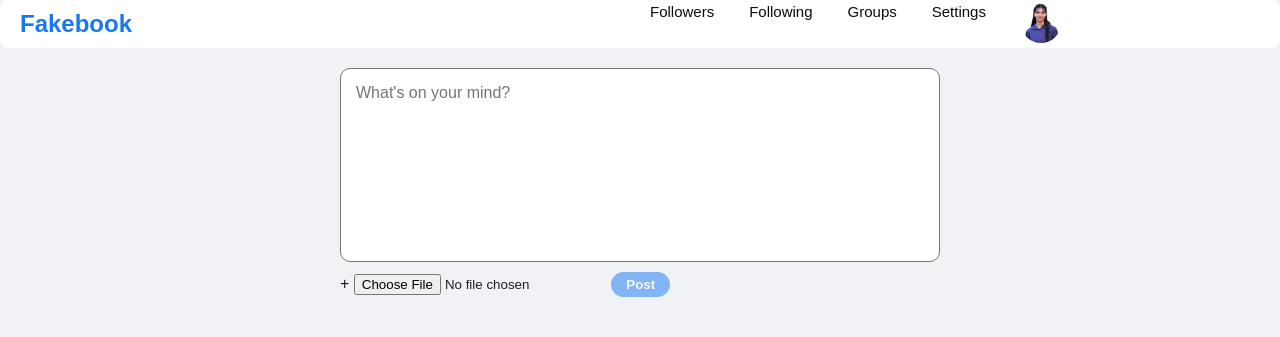
Repository: harpreetkaur2201/FAKEBOOK
Page: fakebook_profile/index.html
These files come from the project's save history. The page is drawn as it stood at one moment and after the next save; the edit follows.
The browser window is 1280 px wide. The pictures show the whole page.

Above is the page before, as saved 2025-11-14 19:56:33.

After the next save:
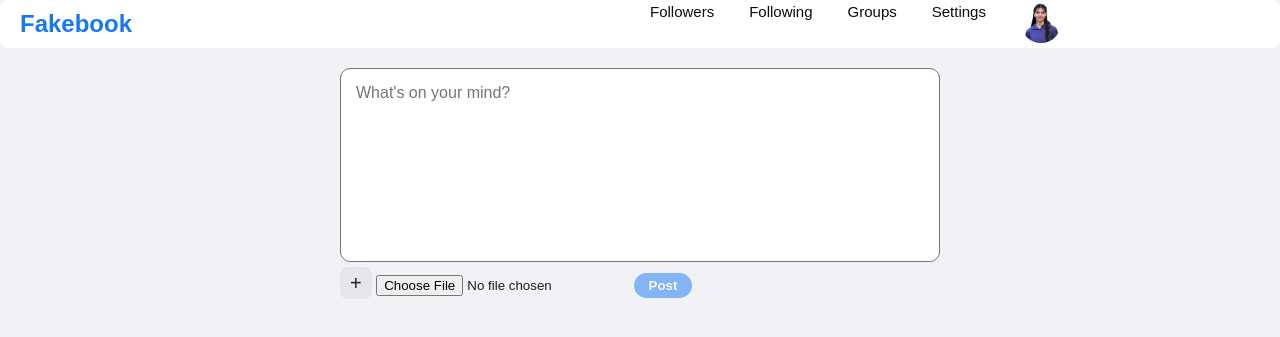
Saved 36 s later.
--- a/fakebook_profile/assets/styles/style.css
+++ b/fakebook_profile/assets/styles/style.css
@@ -73,6 +73,14 @@ header nav img.avatar {
   padding: 15px;
   margin-top: 20px;
   border-radius: 10px; */
+}
+
+.create-post label {
+  cursor: pointer;
+  font-size: 20px;
+  background: #e4e6eb;
+  padding: 5px 10px;
+  border-radius: 8px;
 }
 
 #create-post textarea,
